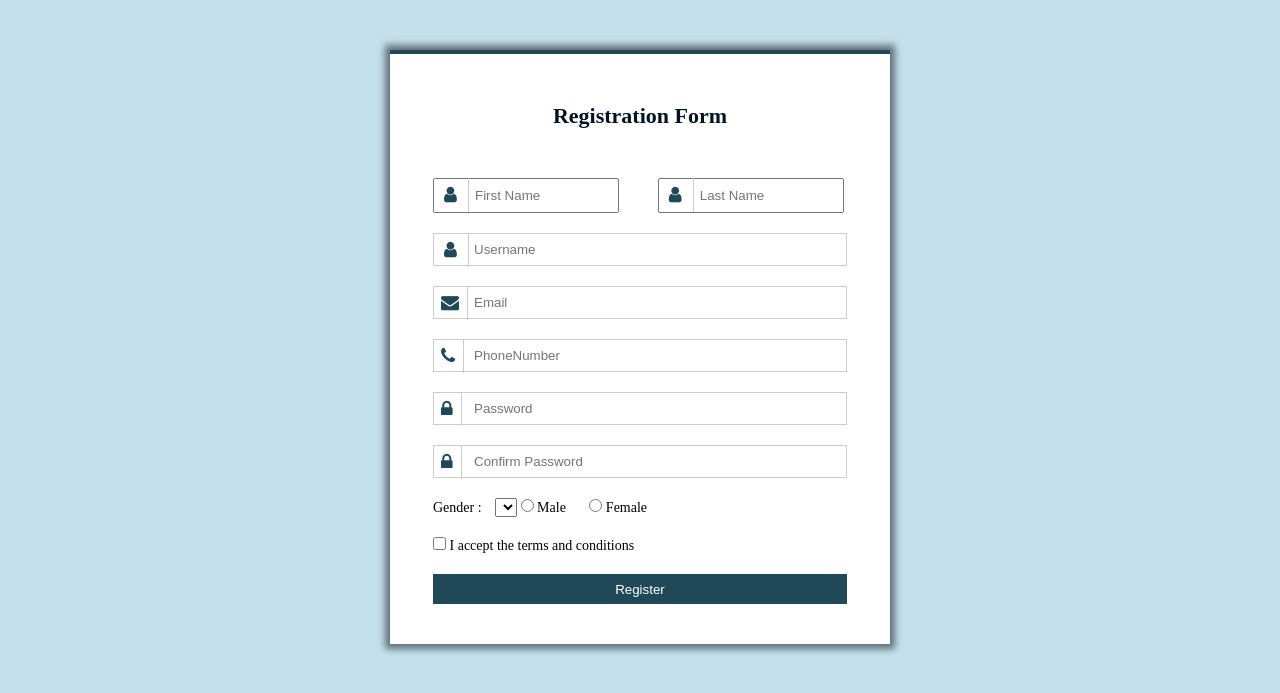
Repository: sampanna17/javabackup
Page: http://localhost/EvoX_CW/pages/register.jsp
The author's editor kept a copy of each file at every save. The page is drawn from the files as they stood at one save, then again after the next save.
The browser window is 1280 px wide. The pictures show the whole page.
The page is served by Tomcat 9.

Above is the page before, as saved 2024-05-05 12:41:11.

After the next save:
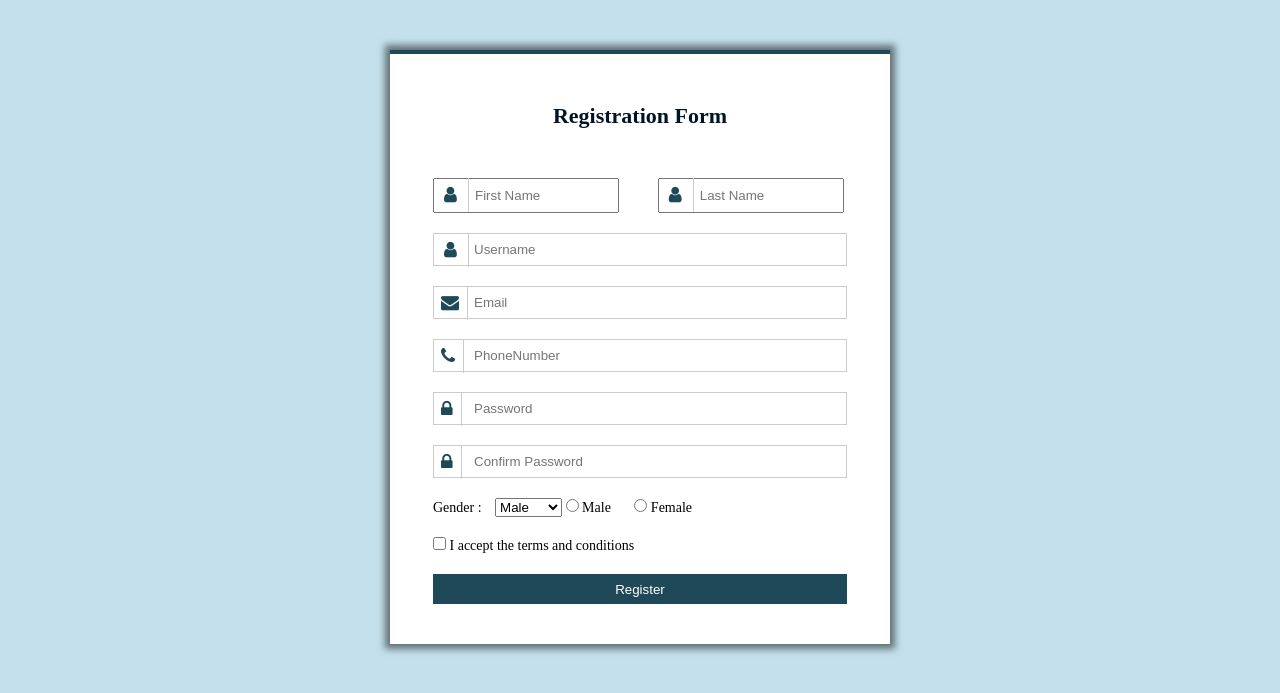
Saved 12 s later.
--- a/EvoX_CW/src/main/webapp/pages/register.jsp
+++ b/EvoX_CW/src/main/webapp/pages/register.jsp
@@ -66,6 +66,8 @@ String contextPath = request.getContextPath();
                 <div class="input-name">
                     <label for="gender" style="display: inline-block; margin-right: 10px;">Gender :</label>
      				 <select id="gender" name="gender" required>
+     				 	<option value="male">Male</option>
+            			<option value="female">Female</option>
      				 </select>
                     <input type="radio" class="radio" name="r1" style="display: inline-block;">
                     <label style="margin-right: 20px; display: inline-block;">Male</label>
